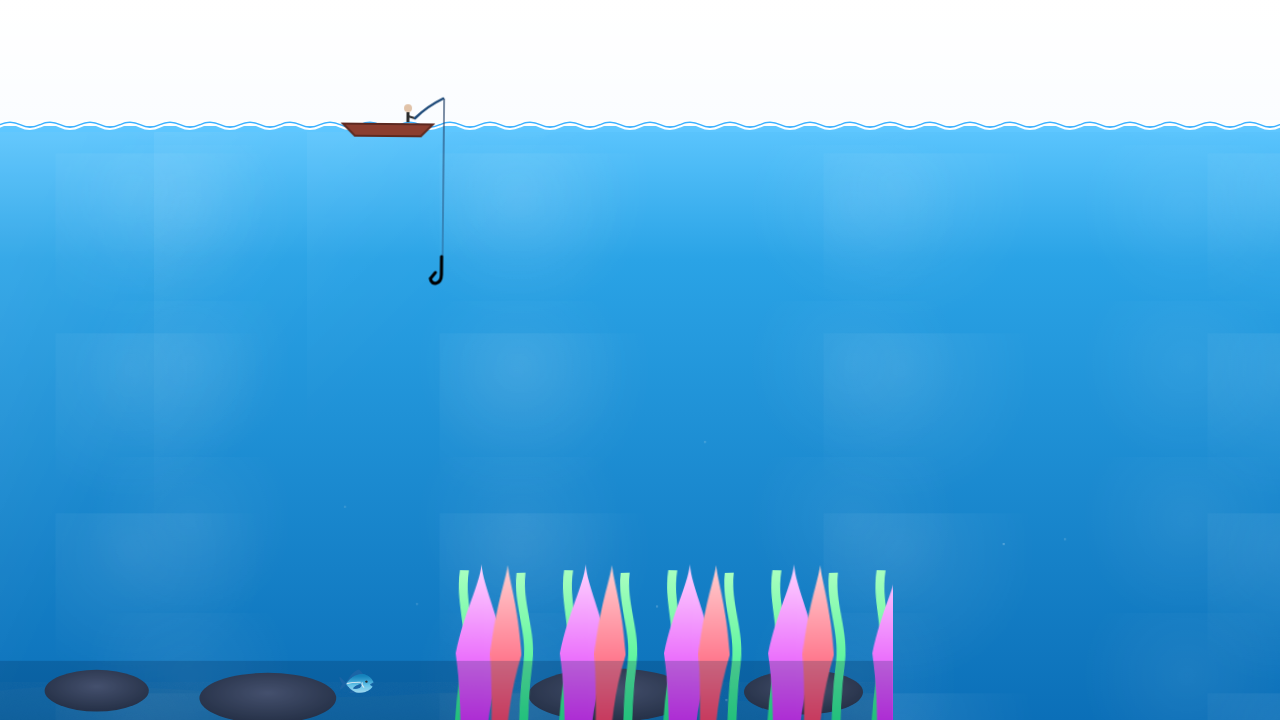
Repository: DeepFriedTurkey441/fd_game_project
Page: index.html
An editor plug-in stored every save of this project. The page is shown before and after the next save, followed by the edit.
The browser window is 1280 px wide. The pictures show the whole page.

Above is the page before, as saved 2025-09-23 08:34:04.

After the next save:
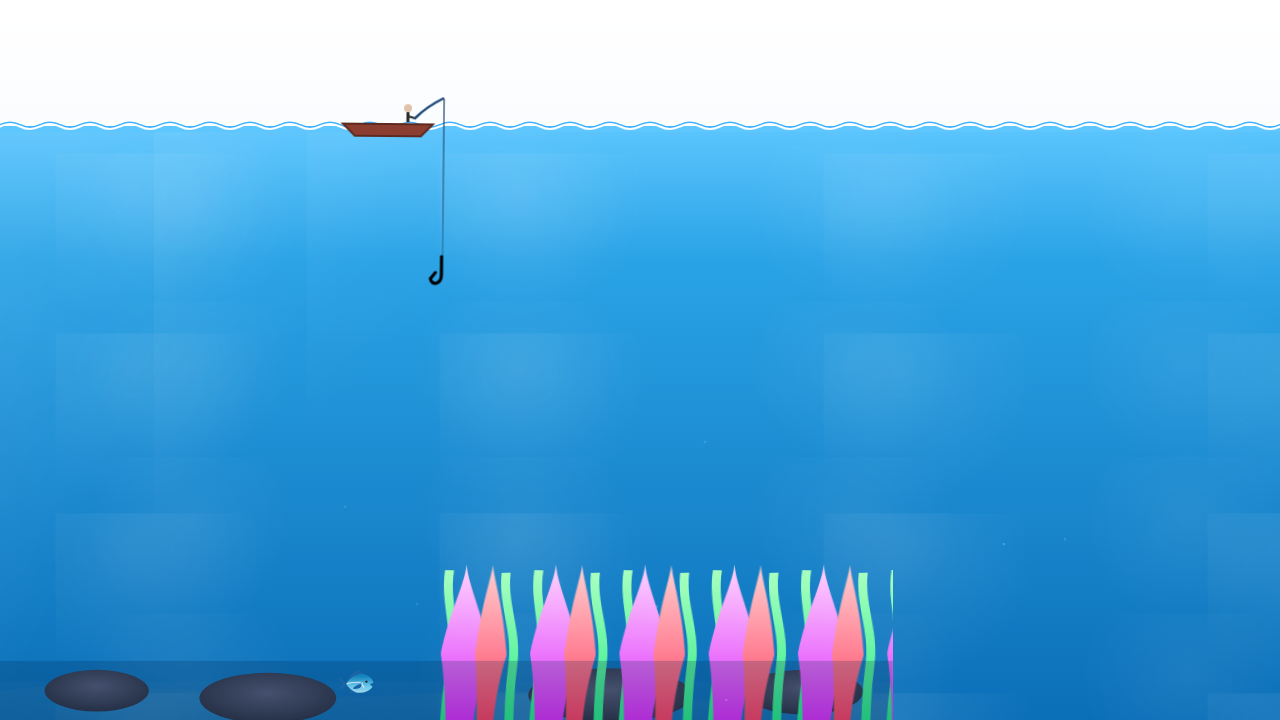
Saved 15 min 52 s later.
--- a/index.html
+++ b/index.html
@@ -73,32 +73,38 @@
       </g>
       <!-- repeated plant clusters across full width -->
       <g id="plants" transform="translate(0,0)">
-        <!-- nine identical clusters across the width -->
-        <g transform="translate(20,0)">
+        <!-- ten identical clusters across the width -->
+        <g transform="translate(0,0)">
           <use href="#plantBlade" x="0" y="398" class="sway"/>
           <use href="#leafBroad" x="24" y="390" class="sway fast"/>
           <use href="#leafRedSym" x="58" y="390" class="sway"/>
           <use href="#plantBlade" x="86" y="404" class="sway slow"/>
         </g>
-        <g transform="translate(160,0)">
+        <g transform="translate(120,0)">
           <use href="#plantBlade" x="0" y="398" class="sway"/>
           <use href="#leafBroad" x="24" y="390" class="sway fast"/>
           <use href="#leafRedSym" x="58" y="390" class="sway"/>
           <use href="#plantBlade" x="86" y="404" class="sway slow"/>
         </g>
-        <g transform="translate(300,0)">
+        <g transform="translate(240,0)">
           <use href="#plantBlade" x="0" y="398" class="sway"/>
           <use href="#leafBroad" x="24" y="390" class="sway fast"/>
           <use href="#leafRedSym" x="58" y="390" class="sway"/>
           <use href="#plantBlade" x="86" y="404" class="sway slow"/>
         </g>
-        <g transform="translate(440,0)">
+        <g transform="translate(360,0)">
           <use href="#plantBlade" x="0" y="398" class="sway"/>
           <use href="#leafBroad" x="24" y="390" class="sway fast"/>
           <use href="#leafRedSym" x="58" y="390" class="sway"/>
           <use href="#plantBlade" x="86" y="404" class="sway slow"/>
         </g>
-        <g transform="translate(580,0)">
+        <g transform="translate(480,0)">
+          <use href="#plantBlade" x="0" y="398" class="sway"/>
+          <use href="#leafBroad" x="24" y="390" class="sway fast"/>
+          <use href="#leafRedSym" x="58" y="390" class="sway"/>
+          <use href="#plantBlade" x="86" y="404" class="sway slow"/>
+        </g>
+        <g transform="translate(600,0)">
           <use href="#plantBlade" x="0" y="398" class="sway"/>
           <use href="#leafBroad" x="24" y="390" class="sway fast"/>
           <use href="#leafRedSym" x="58" y="390" class="sway"/>
@@ -110,19 +116,25 @@
           <use href="#leafRedSym" x="58" y="390" class="sway"/>
           <use href="#plantBlade" x="86" y="404" class="sway slow"/>
         </g>
-        <g transform="translate(860,0)">
+        <g transform="translate(840,0)">
           <use href="#plantBlade" x="0" y="398" class="sway"/>
           <use href="#leafBroad" x="24" y="390" class="sway fast"/>
           <use href="#leafRedSym" x="58" y="390" class="sway"/>
           <use href="#plantBlade" x="86" y="404" class="sway slow"/>
         </g>
-        <g transform="translate(1000,0)">
+        <g transform="translate(960,0)">
           <use href="#plantBlade" x="0" y="398" class="sway"/>
           <use href="#leafBroad" x="24" y="390" class="sway fast"/>
           <use href="#leafRedSym" x="58" y="390" class="sway"/>
           <use href="#plantBlade" x="86" y="404" class="sway slow"/>
         </g>
         <g transform="translate(1080,0)">
+          <use href="#plantBlade" x="0" y="398" class="sway"/>
+          <use href="#leafBroad" x="24" y="390" class="sway fast"/>
+          <use href="#leafRedSym" x="58" y="390" class="sway"/>
+          <use href="#plantBlade" x="86" y="404" class="sway slow"/>
+        </g>
+        <g transform="translate(1200,0)">
           <use href="#plantBlade" x="0" y="398" class="sway"/>
           <use href="#leafBroad" x="24" y="390" class="sway fast"/>
           <use href="#leafRedSym" x="58" y="390" class="sway"/>
